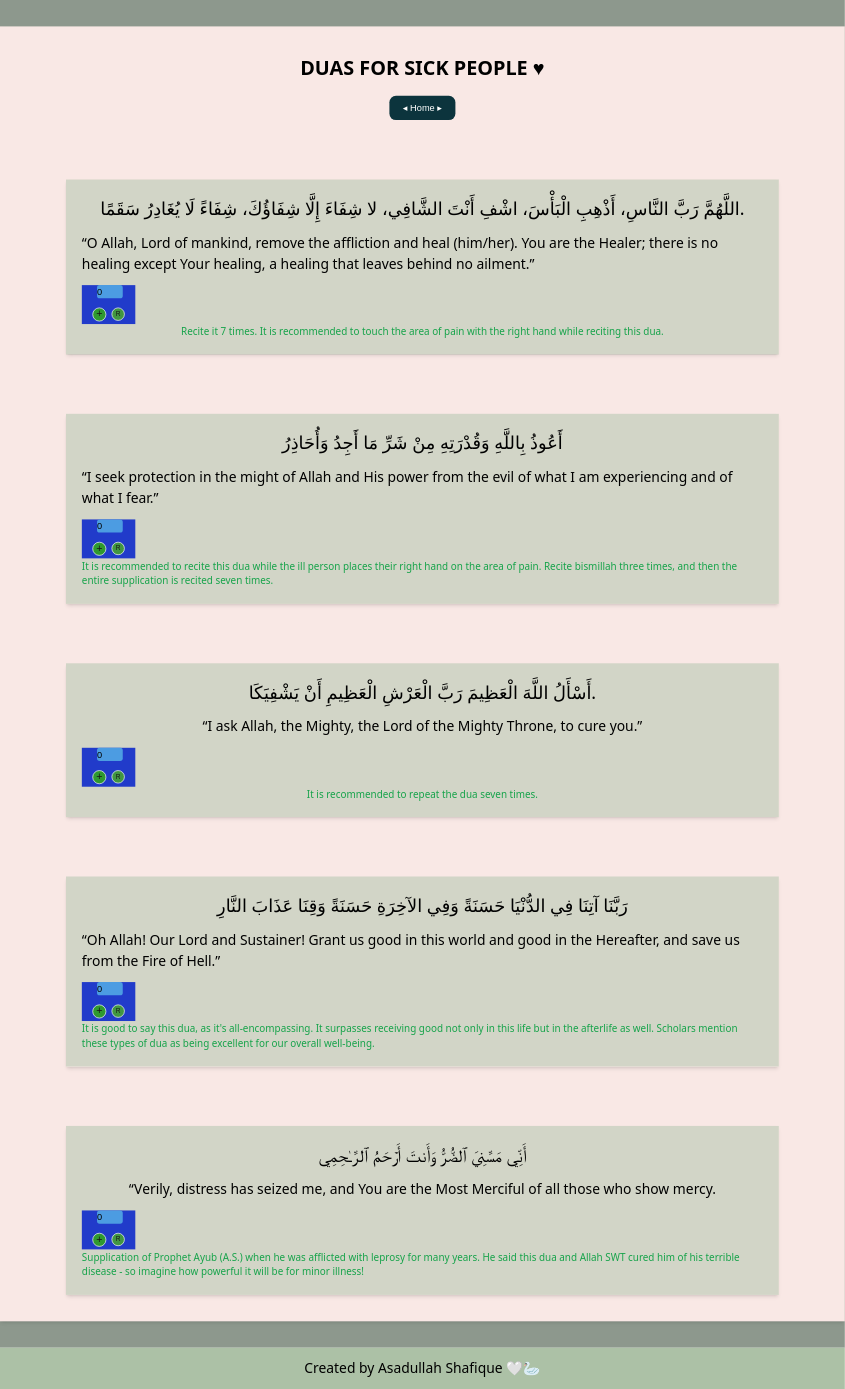
Repository: asadullah48/Duas_Diary
Page: /sick
These files come from the project's save history. The page is drawn as it stood at one moment and after the next save; the edit follows.
The browser window is 1280 px wide. The pictures show the whole page, at 66% of full size.
The project was rebuilt for these pictures with package versions that can differ from the ones it lists, and the page was loaded fresh each time. The framework's server and built-in components were replaced by stand-ins that run in the browser. Also part of the build but not shown: next.config.ts.

Above is the page before, as saved 2024-11-30 10:21:39.

### src/app/layout.tsx
import type { Metadata } from "next";
import localFont from "next/font/local";
import "./globals.css";
import Footer from "../components/footer";

const geistSans = localFont({
  src: "./fonts/GeistVF.woff",
  variable: "--font-geist-sans",
  weight: "100 900",
});
const geistMono = localFont({
  src: "./fonts/GeistMonoVF.woff",
  variable: "--font-geist-mono",
  weight: "100 900",
});

export const metadata: Metadata = {
  title: "Create Next App",
  description: "Generated by create next app",
};

export default function RootLayout({
  children,
}: Readonly<{
  children: React.ReactNode;
}>) {
  return (
    <html lang="en">
      <body
        className={`${geistSans.variable} ${geistMono.variable} antialiased`}
      >
        {children}
        <Footer/>
      </body>
    </html>
  );
}

### src/app/sick/page.tsx
import Link from "next/link";
import LightPinkSection from "@/components/props";
import Button from "@/components/button";

export default function Sick() {
  return (
    <div className="w-full h-auto bg-[#8D988D] flex justify-center items-center py-10">
      <div className="w-[95%] lg:w-[1300px] h-auto bg-[#F9E8E5] p-5 lg:p-10 rounded-md shadow-md">
        <div className="font-sans font-bold text-[24px] lg:text-[30px] text-black text-center mb-5">
          DUAS FOR SICK PEOPLE ♥
        </div>
        <Link href="/">
          <button className="bg-[#0c343d] text-white text-[12px] lg:text-[14px] mt-3 mb-5 mx-auto block rounded-[10px] px-5 py-2">
            ◂ Home ▸
          </button>
        </Link>

        {/* Dua Sections */}
        <LightPinkSection
          paragraph="اللَّهُمَّ رَبَّ النَّاسِ، أَذْهِبِ الْبَأْسَ، اشْفِ أَنْتَ الشَّافِي، لا شِفَاءَ إِلَّا شِفَاؤُكَ، شِفَاءً لَا يُغَادِرُ سَقَمًا."
          paragraph2="“O Allah, Lord of mankind, remove the affliction and heal (him/her). You are the Healer; there is no healing except Your healing, a healing that leaves behind no ailment.”"
          buttonText={<Button />}
          note="Recite it 7 times. It is recommended to touch the area of pain with the right hand while reciting this dua."
        />
        <LightPinkSection
          paragraph="أَعُوذُ بِاللَّهِ وَقُدْرَتِهِ مِنْ شَرِّ مَا أَجِدُ وَأُحَاذِرُ"
          paragraph2="“I seek protection in the might of Allah and His power from the evil of what I am experiencing and of what I fear.”"
          buttonText={<Button />}
          note="It is recommended to recite this dua while the ill person places their right hand on the area of pain. Recite bismillah three times, and then the entire supplication is recited seven times."
        />
        <LightPinkSection
          paragraph="أَسْأَلُ اللَّهَ الْعَظِيمَ رَبَّ الْعَرْشِ الْعَظِيمِ أَنْ يَشْفِيَكَا."
          paragraph2="“I ask Allah, the Mighty, the Lord of the Mighty Throne, to cure you.”"
          buttonText={<Button />}
          note="It is recommended to repeat the dua seven times."
        />
        <LightPinkSection
          paragraph="رَبَّنَا آتِنَا فِي الدُّنْيَا حَسَنَةً وَفِي الآخِرَةِ حَسَنَةً وَقِنَا عَذَابَ النَّارِ"
          paragraph2="“Oh Allah! Our Lord and Sustainer! Grant us good in this world and good in the Hereafter, and save us from the Fire of Hell.”"
          buttonText={<Button />}
          note="It is good to say this dua, as it's all-encompassing. It surpasses receiving good not only in this life but in the afterlife as well. Scholars mention these types of dua as being excellent for our overall well-being."
        />
        <LightPinkSection
          paragraph="أَنِّي مَسَّنِيَ ٱلضُّرُّ وَأَنتَ أَرۡحَمُ ٱلرَّـٰحِمِي"
          paragraph2="“Verily, distress has seized me, and You are the Most Merciful of all those who show mercy."
          buttonText={<Button />}
          note="Supplication of Prophet Ayub (A.S.) when he was afflicted with leprosy for many years. He said this dua and Allah SWT cured him of his terrible disease - so imagine how powerful it will be for minor illness!"
        />
      </div>
    </div>
  );
}

### src/components/footer.tsx
// components/Footer.tsx
export default function Footer() {
    return (
      <footer className="w-full bg-[#acc1a6] py-4">
        <div className="text-center text-black font-sans text-[17px] sm:text-[19px] lg:text-[21px]">
          Created by Asadullah Shafique 🤍🦢
        </div>
      </footer>
    );
  }

### src/components/props.tsx
import { ReactNode } from "react";

type SectionProps = {
  paragraph: string;
  buttonText: ReactNode;
  paragraph2: string;
  note: string; // Allows JSX elements, strings, or components
};

export default function LightPinkSection({
  paragraph,
  buttonText,
  paragraph2,
  note,
}: SectionProps) {
  return (
    <div className="w-[90%] bg-[#2680412f] p-6 rounded-lg mx-auto shadow-md mt-[90px]">
      <p className="text-black text-[27px] font-sans mb-4 flex justify-center">
        {paragraph}
      </p>
      <p className="text-black text-[21px] font-sans mb-4 flex justify-center">
        {paragraph2}
      </p>
      <div>{buttonText}</div>
      <p className="text-green-600 text-[15px] font-sans flex justify-center">
        {note}
      </p>
    </div>
  );
}

### src/components/button.tsx
"use client";

import { useState } from "react";

export default function Button() {
  // hook, event ke against ui ko update krna
  let [count, setcount] = useState(0); //returns array ik element hota hai jese yaha pr 0 hai  ik function aur jo function hota hai woh humari value hoti h
  console.log(count);

  const handleClick = () => {
    setcount(count + 1); //re-renders new value
  };

  const handleReset = () => {
    setcount(0); // reset back to 0
  };

  return (
    <div className="bg-[#213bca] w-[81px] h-[59px] flex flex-col items-center justify-between">
      <p className="text-black w-[39px] flex text-sm bg-[#4c9ce2] rounded ml-1">
        {count}
      </p>

      <div className="flex space-x-2 mt-2">
        <button
          onClick={handleClick}
          className="bg-[#2f992f] w-[21px] h-[21px] px-1 py-1 rounded-full border mt-1 mb-1 border-white flex items-center justify-center text-center"
        >
          +
        </button>

        {/* Reset Button */}
        <button
          onClick={handleReset}
          className="bg-[#419641] w-[20px] h-[20px] px-1 py-1 rounded-full border mt-1 mb-1 border-white flex items-center justify-center text-[10px] text-center"
        >
          R
        </button>
      </div>
    </div>
  );
}

Loaded but not shown: src/app/globals.css (common file); tailwind.config.ts (common file)

After the next save:
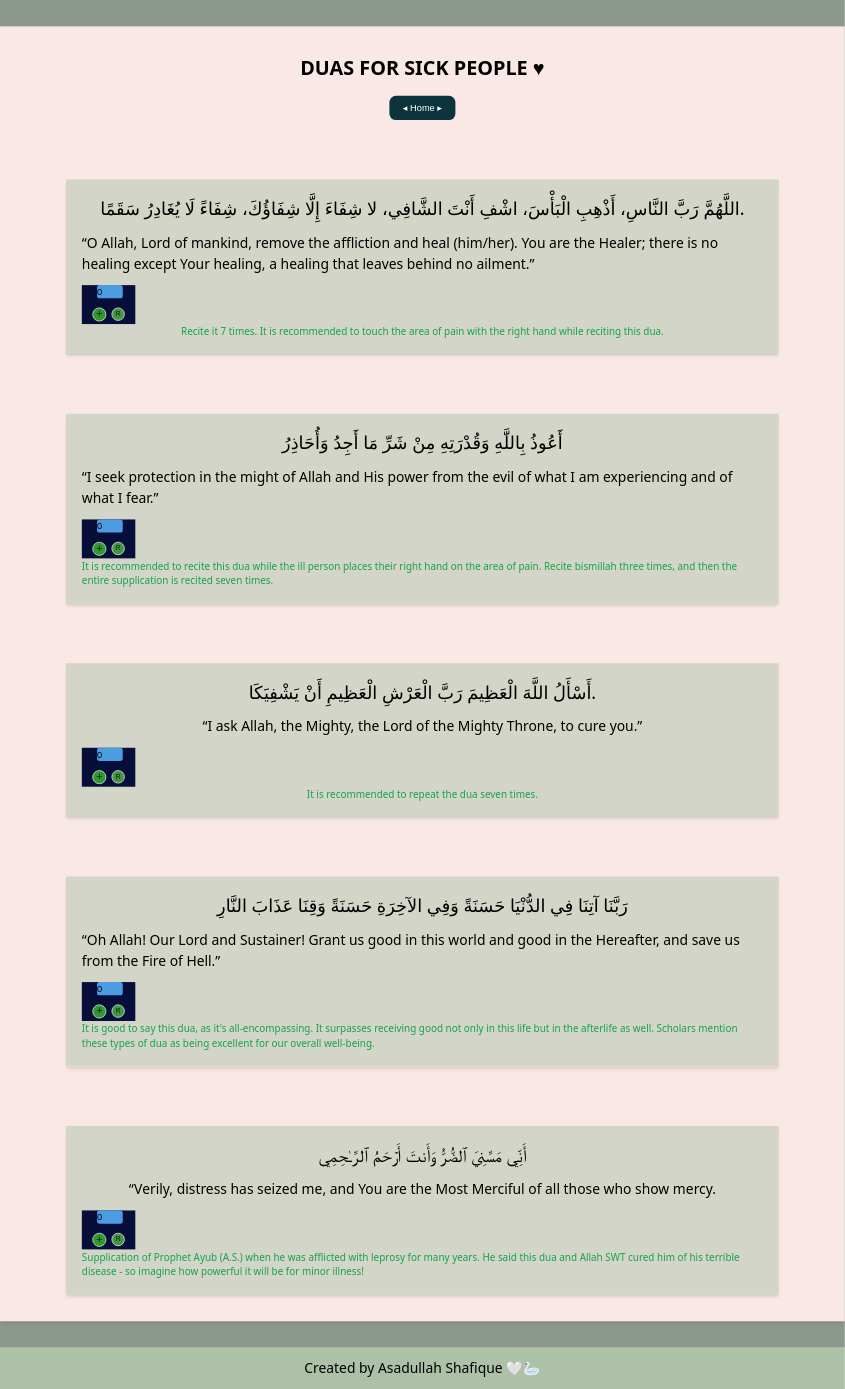
Saved 7 s later.
--- a/src/components/button.tsx
+++ b/src/components/button.tsx
@@ -16,7 +16,7 @@ export default function Button() {
   };
 
   return (
-    <div className="bg-[#213bca] w-[81px] h-[59px] flex flex-col items-center justify-between">
+    <div className="bg-[#070e3a] w-[81px] h-[59px] flex flex-col items-center justify-between">
       <p className="text-black w-[39px] flex text-sm bg-[#4c9ce2] rounded ml-1">
         {count}
       </p>
